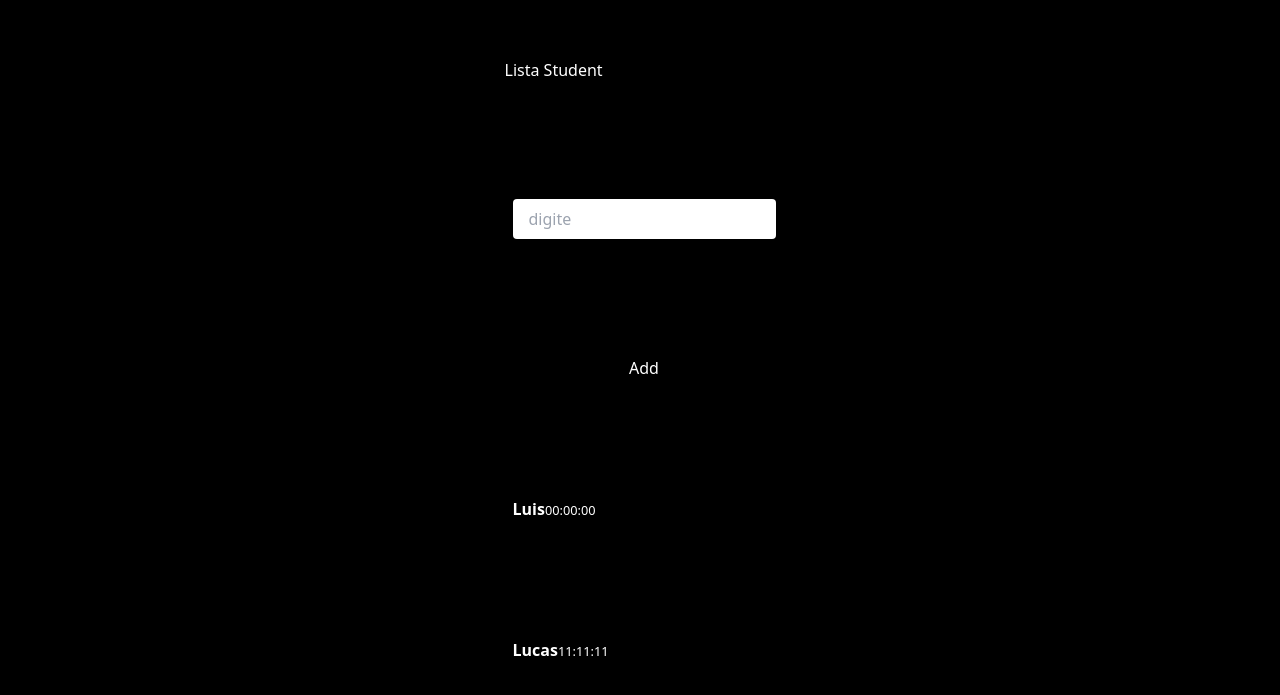
Repository: LuisSempre/FundamentosReact
Page: /
An editor plug-in stored every save of this project. The page is shown before and after the next save, followed by the edit.
The browser window is 1280 px wide. The pictures show the whole page.
The project was rebuilt for these pictures with package versions that can differ from the ones it lists, and the page was loaded fresh each time. Also part of the build but not shown: vite.config.js.

Above is the page before, as saved 2022-06-28 18:01:16.

After the next save:
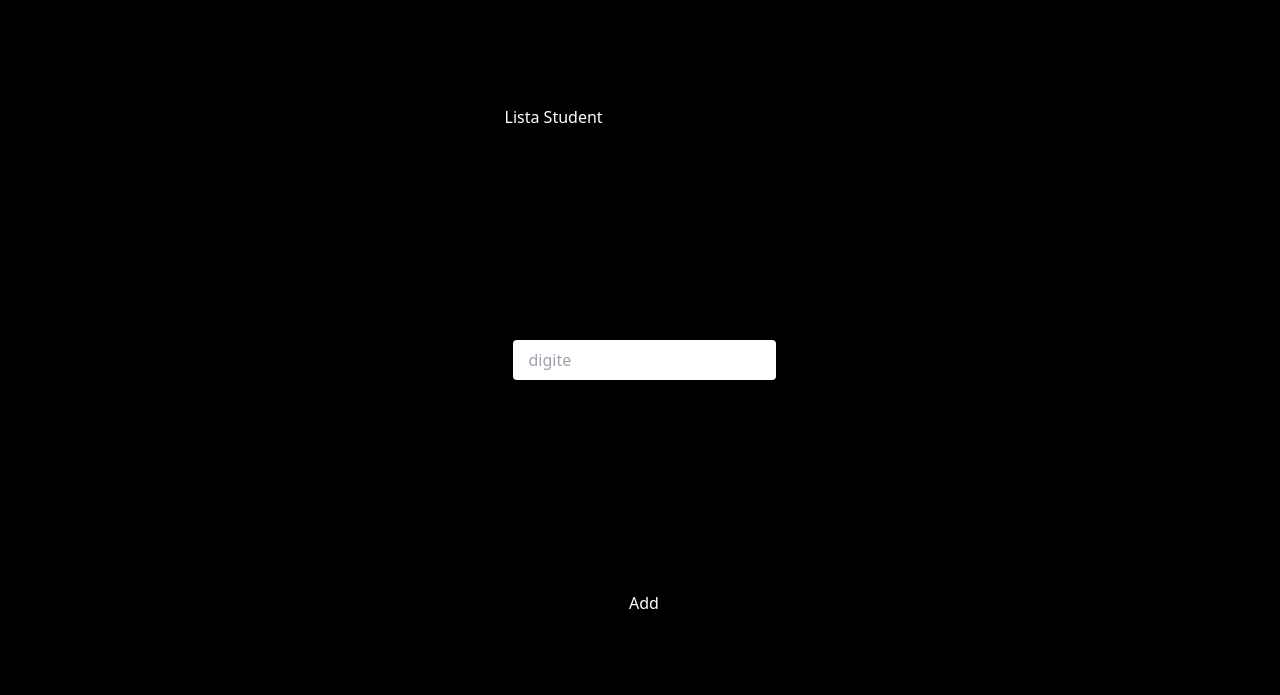
Saved 50 s later.
--- a/src/pages/Home.jsx
+++ b/src/pages/Home.jsx
@@ -14,8 +14,9 @@ const [students, setStudents ] = useState([])
         type="text"
         placeholder="digite" />
       <button>Add</button>
-        <Card name="Luis" time="00:00:00"/>
-        <Card name="Lucas" time="11:11:11"/>
+      {
+        students.map(student => <Card name="Luis" time="00:00:00"/>)
+      }
     </div>
   );
 }
